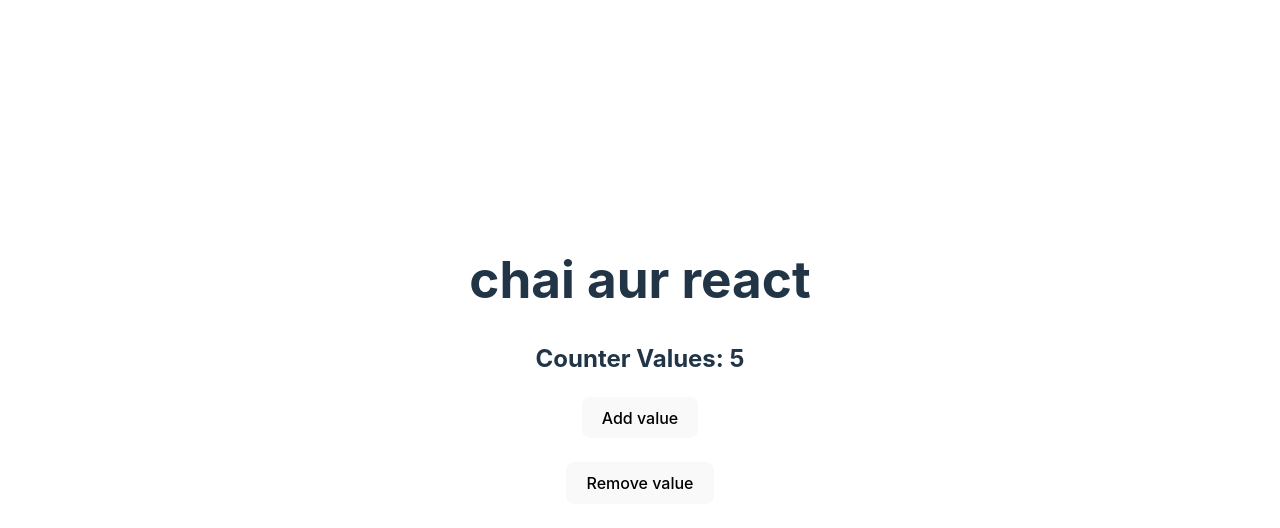
Repository: VishwaGoswami1407/React
Page: / (app in 02Counter/)
An editor plug-in stored every save of this project. The page is shown before and after a run of saves, followed by the edit.
The browser window is 1280 px wide. The pictures show the whole page.
The project was rebuilt for these pictures with package versions that can differ from the ones it lists, and the page was loaded fresh each time. Also part of the build but not shown: 02Counter/vite.config.js.

Above is the page before, as saved 2024-10-25 23:15:11.

After the next 2 saves:
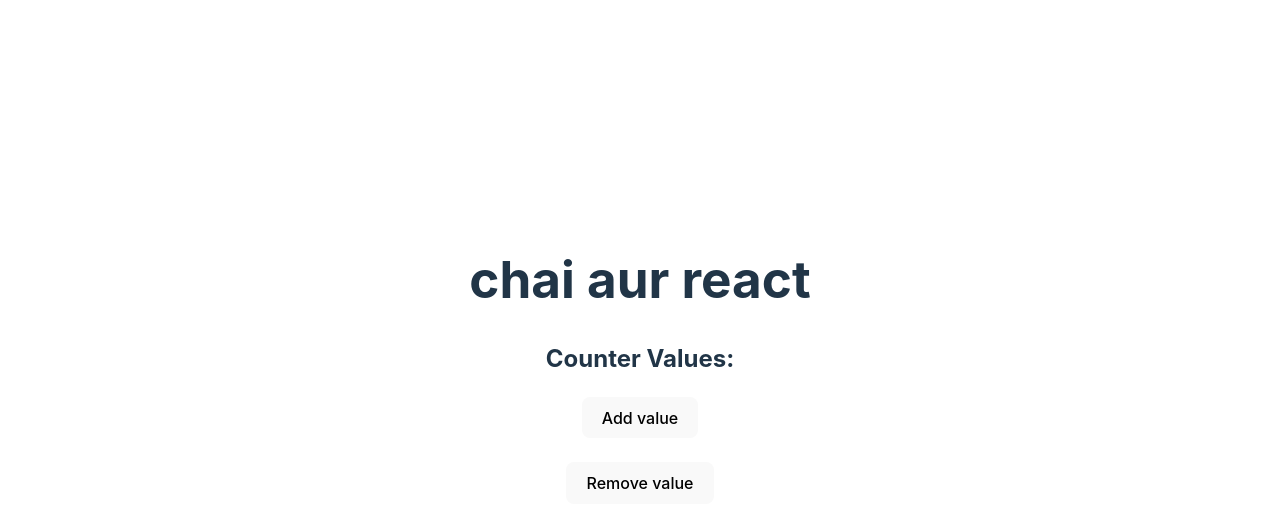
The 2 saves are shown as one change because they came seconds apart.
The last was saved 9 s later.
--- a/02Counter/src/App.jsx
+++ b/02Counter/src/App.jsx
@@ -8,7 +8,7 @@
   return (
    <>
       <h1>chai aur react</h1>
-      <h2>Counter Values: 5</h2>
+      <h2>Counter Values: {}</h2>
 
       <button>Add value</button>
       <br />

After the save that followed:
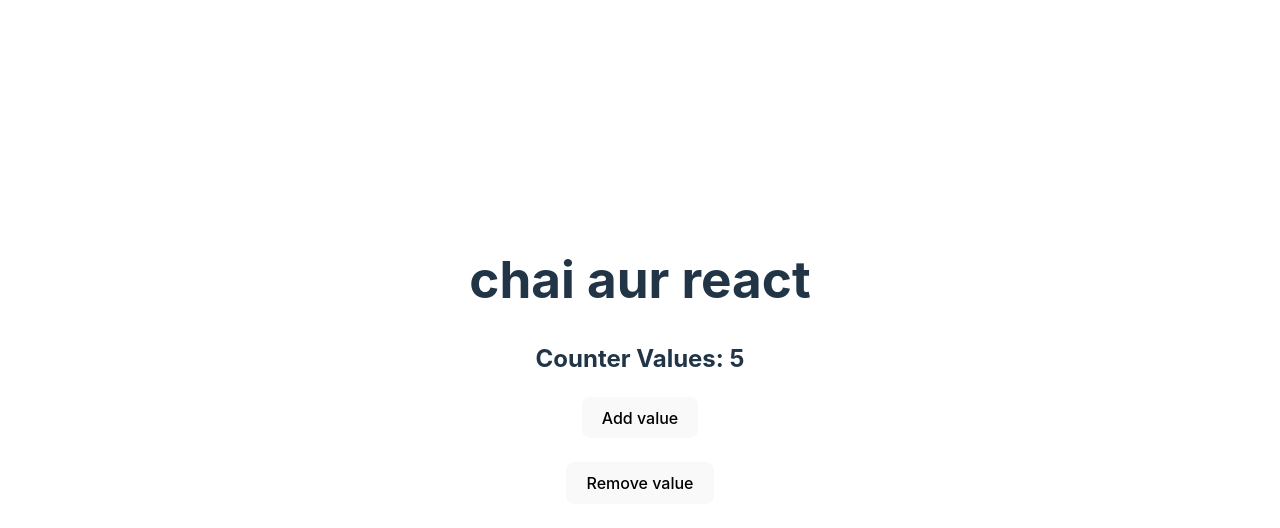
Saved 5 s later.
--- a/02Counter/src/App.jsx
+++ b/02Counter/src/App.jsx
@@ -1,4 +1,3 @@
-import { useState } from 'react'
 import './App.css'
 
 function App() {
@@ -8,7 +7,7 @@
   return (
    <>
       <h1>chai aur react</h1>
-      <h2>Counter Values: {}</h2>
+      <h2>Counter Values: {counter}</h2>
 
       <button>Add value</button>
       <br />
